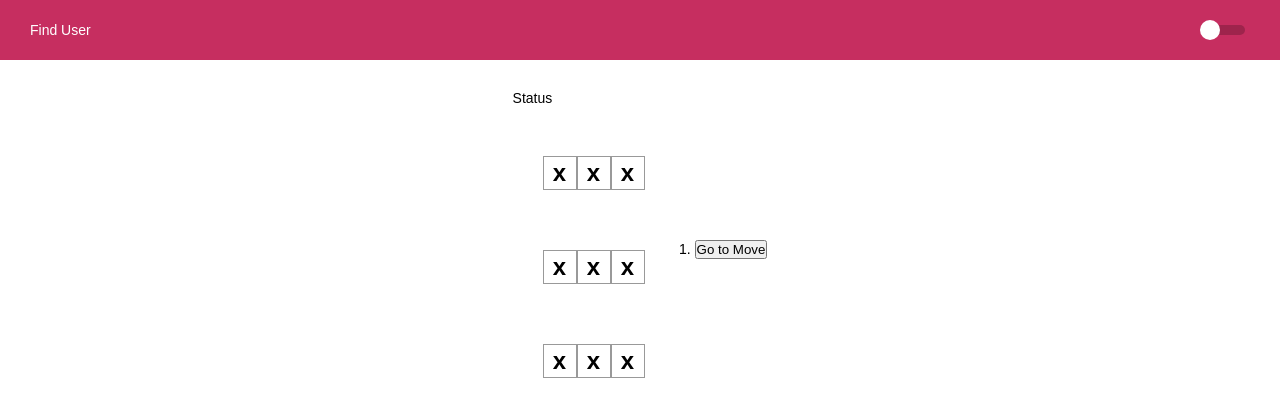
Repository: OmniaRafat232111121/Tic-Tac-Toe
Page: /
These files come from the project's save history. The page is drawn as it stood at one moment and after a run of saves; the edit follows.
The browser window is 1280 px wide. The pictures show the whole page.
The project was rebuilt for these pictures with package versions that can differ from the ones it lists, and the page was loaded fresh each time.

Above is the page before, as saved 2022-09-20 18:29:49.

After the next 2 saves:
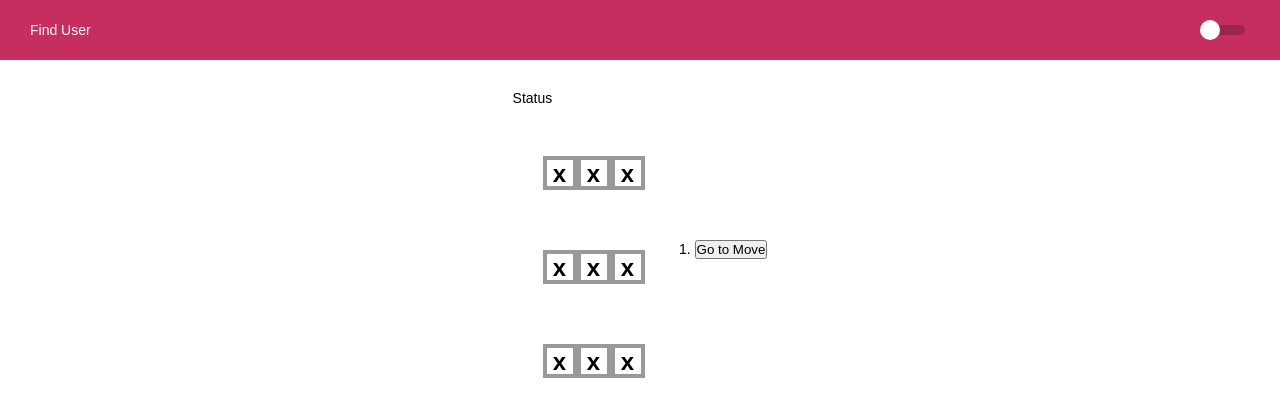
The 2 saves are shown as one change because they came seconds apart.
The last was saved 74 s later.
--- a/src/components/Game.tsx
+++ b/src/components/Game.tsx
@@ -56,7 +56,7 @@
 width:34px;
 height:34px;
 background:#fff;
-border:1px solid #999;
+border:4px solid #999;
 padding:0;
 font-size:24px;
 font-weight:bold;

After the 2 saves that followed:
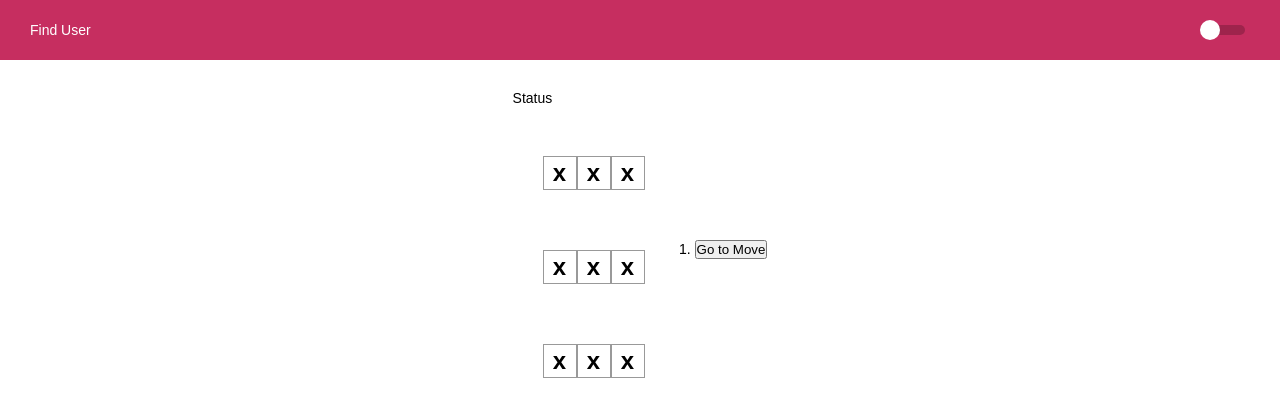
The 2 saves are shown as one change because 1 did not build or start.
The last was saved 102 s later.
--- a/src/components/Game.tsx
+++ b/src/components/Game.tsx
@@ -52,14 +52,14 @@
 
     )
 }
-const StyledSquare=styled.button`
-width:34px;
-height:34px;
-background:#fff;
-border:4px solid #999;
-padding:0;
-font-size:24px;
-font-weight:bold;
+const StyledSquare = styled.button`
+  width: 34px;
+  height: 34px;
+  background: #fff;
+  border: 1px solid #999;
+  padding: 0;
+  font-size: 24px;
+  font-weight: bold;
 `;
 function Square(){
     return(
